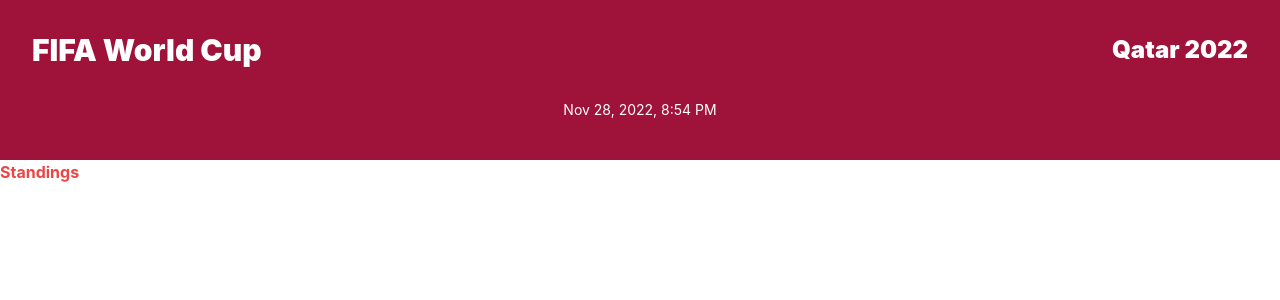
Repository: SaadYasin/nextjs-13-fifa2022
Page: /
The author's editor kept a copy of each file at every save. The page is drawn from the files as they stood at one save, then again after the next save.
The browser window is 1280 px wide. The pictures show the whole page.
The project was rebuilt for these pictures with package versions that can differ from the ones it lists, and the page was loaded fresh each time. The framework's server and built-in components were replaced by stand-ins that run in the browser. Also part of the build but not shown: next.config.js.

Above is the page before, as saved 2022-11-28 21:24:26.

After the next save:
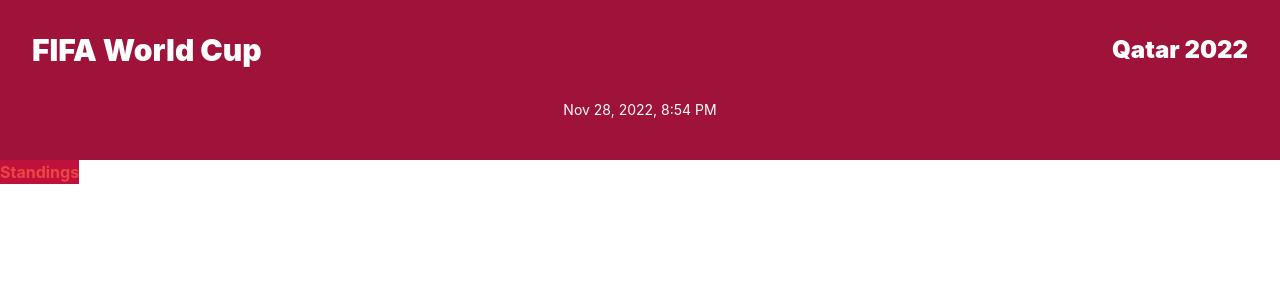
Saved 6 s later.
--- a/app/page.jsx
+++ b/app/page.jsx
@@ -5,7 +5,7 @@
   return (
     <div className='text-red-500 font-bold'>
       <Link href="/">
-        <button className='bg-'>Standings</button>
+        <button className='bg-rose-700 '>Standings</button>
       </Link>
     </div>
   )
